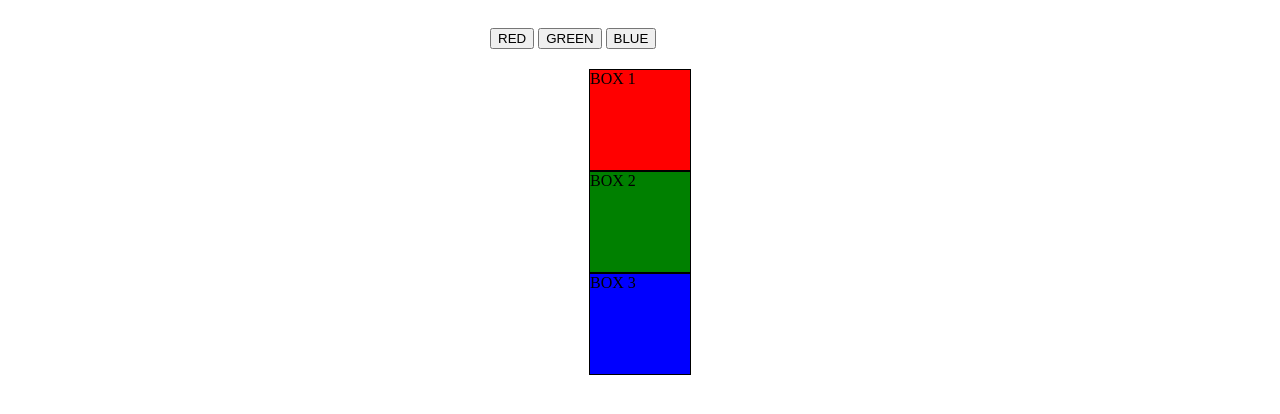
Repository: shinsil0601/webstudy
Page: 03_JavaScript/src/main/webapp/day02/ex15_event.html
The author's editor kept a copy of each file at every save. The page is drawn from the files as they stood at one save, then again after the next save.
The browser window is 1280 px wide. The pictures show the whole page.

Above is the page before, as saved 2023-06-28 06:52:22.

After the next save:
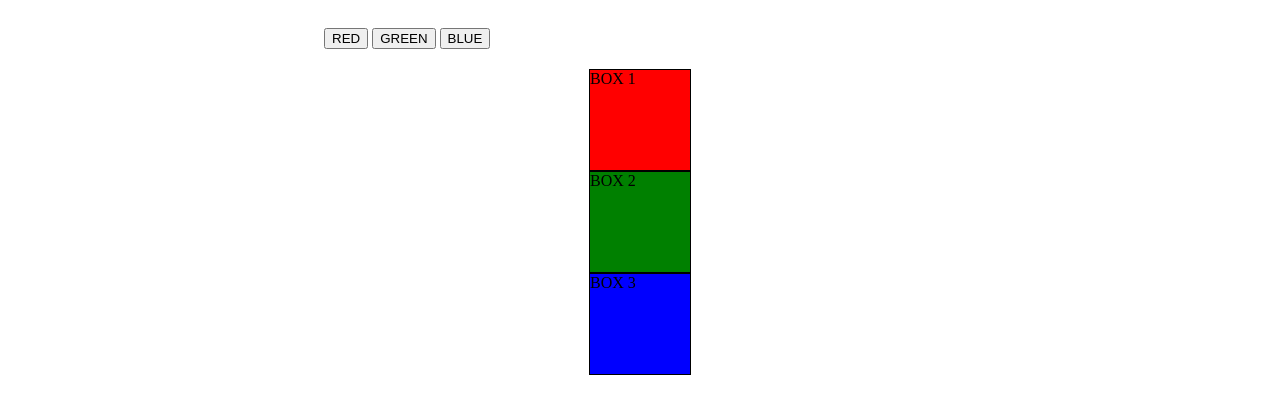
Saved 58 s later.
--- a/03_JavaScript/src/main/webapp/day02/ex15_event.html
+++ b/03_JavaScript/src/main/webapp/day02/ex15_event.html
@@ -13,7 +13,7 @@
 </style>
 </head>
 <body>
-	<div style="margin: auto; width: 300px; padding: 20px;">
+	<div style="margin: auto; width: 50%; padding: 20px;">
 		<button onclick="setRed()">RED</button>
 		<button onclick="setGreen()">GREEN</button>
 		<button onclick="setBlue()">BLUE</button>

After the save that followed:
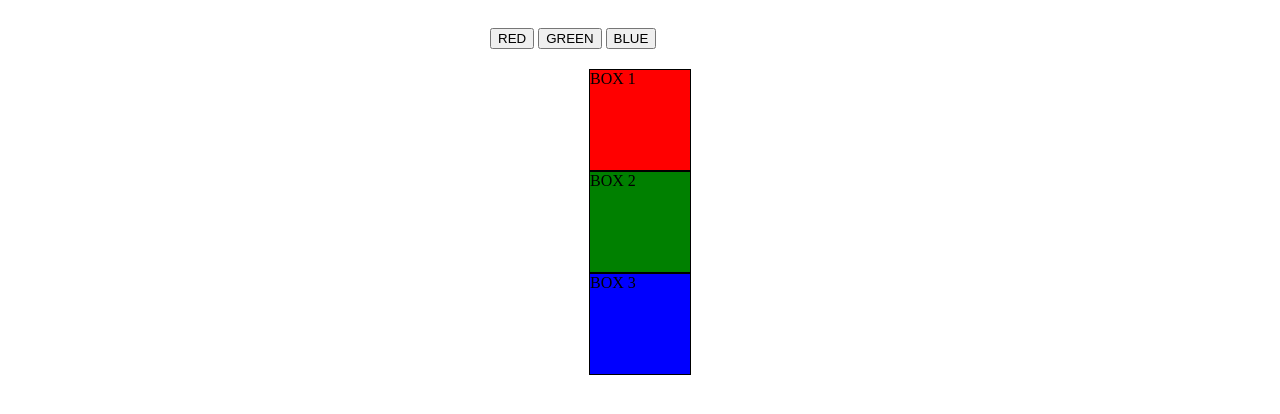
Saved 28 s later.
--- a/03_JavaScript/src/main/webapp/day02/ex15_event.html
+++ b/03_JavaScript/src/main/webapp/day02/ex15_event.html
@@ -13,8 +13,8 @@
 </style>
 </head>
 <body>
-	<div style="margin: auto; width: 50%; padding: 20px;">
-		<button onclick="setRed()">RED</button>
+	<div style="margin: auto; width: 300px; padding: 20px;">
+		<button onclick="setRed()" style="margin: auto;">RED</button>
 		<button onclick="setGreen()">GREEN</button>
 		<button onclick="setBlue()">BLUE</button>
 	</div>
